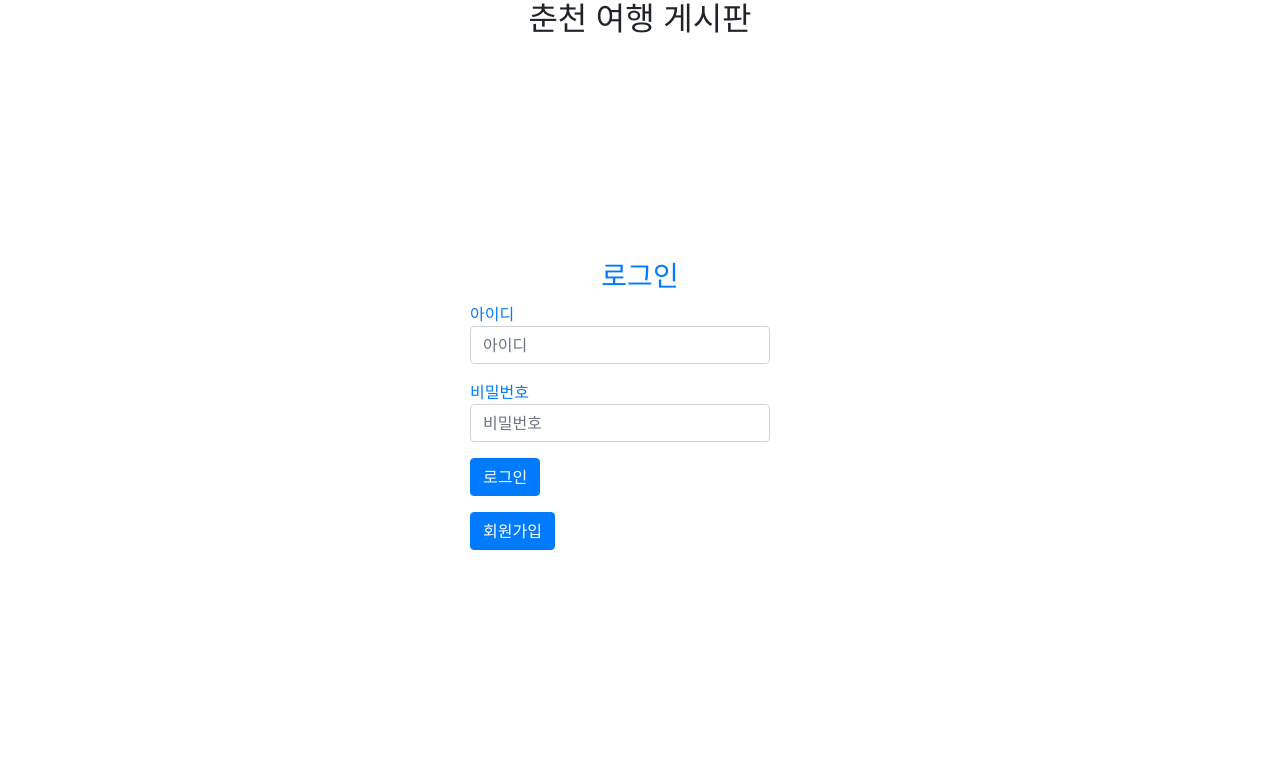
Repository: Seongjoo-Shin/webServer
Page: http://localhost/project/project/login.jsp
The author's editor kept a copy of each file at every save. The page is drawn from the files as they stood at one save, then again after the next save.
The browser window is 1280 px wide. The pictures show the whole page.
The page is served by Tomcat 9. Other server files are loaded and not shown.

Above is the page before, as saved 2021-06-14 05:28:53.

### 20165514_신성주_웹서버구축_프로젝트_소스코드/project/WebContent/project/login.jsp
<%@ page language="java" contentType="text/html; charset=utf-8"
    pageEncoding="utf-8"%>
<!DOCTYPE html>
<html>
<head>
<meta charset="utf-8">
<title>로그인</title>
<link rel="stylesheet" href="https://stackpath.bootstrapcdn.com/bootstrap/4.3.1/css/bootstrap.min.css" integrity="sha384-ggOyR0iXCbMQv3Xipma34MD+dH/1fQ784/j6cY/iJTQUOhcWr7x9JvoRxT2MZw1T" crossorigin="anonymous">
</head>
<body>
	<div class="container">
	<h2 class="text-center">춘천 여행 게시판</h2>
		<div class="col-sm-4" style="margin:20% auto; border=solid 1;">
		<h3 class="text-center text-primary">로그인</h3>
		<form method="post" action="login_process.jsp">
			<p class="text-primary">아이디<input type="text" name="user_id" class="form-control" placeholder="아이디" style="width:300px;"></p>
			<p class="text-primary">비밀번호<input type="password" name="user_pwd" class="form-control" placeholder="비밀번호" style="width:300px;"></p>
			<p><input type="submit" class="btn btn-primary" value="로그인"></p>
			<p><a href="register.jsp" class="btn btn-primary">회원가입</a>
		</form>
		</div>
	</div>
</body>
</html>

After the next save:
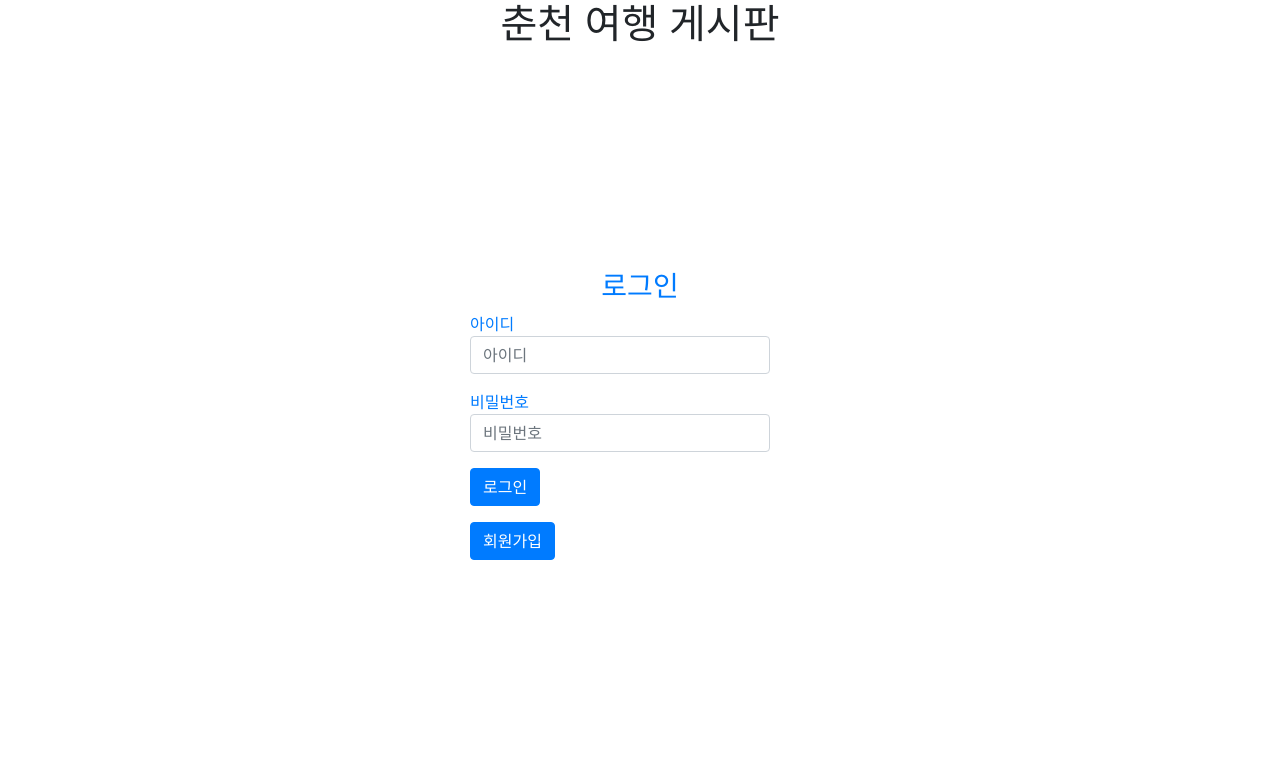
Saved 13 s later.
--- a/20165514_신성주_웹서버구축_프로젝트_소스코드/project/WebContent/project/login.jsp
+++ b/20165514_신성주_웹서버구축_프로젝트_소스코드/project/WebContent/project/login.jsp
@@ -9,7 +9,7 @@
 </head>
 <body>
 	<div class="container">
-	<h2 class="text-center">춘천 여행 게시판</h2>
+	<h1 class="text-center">춘천 여행 게시판</h2>
 		<div class="col-sm-4" style="margin:20% auto; border=solid 1;">
 		<h3 class="text-center text-primary">로그인</h3>
 		<form method="post" action="login_process.jsp">
